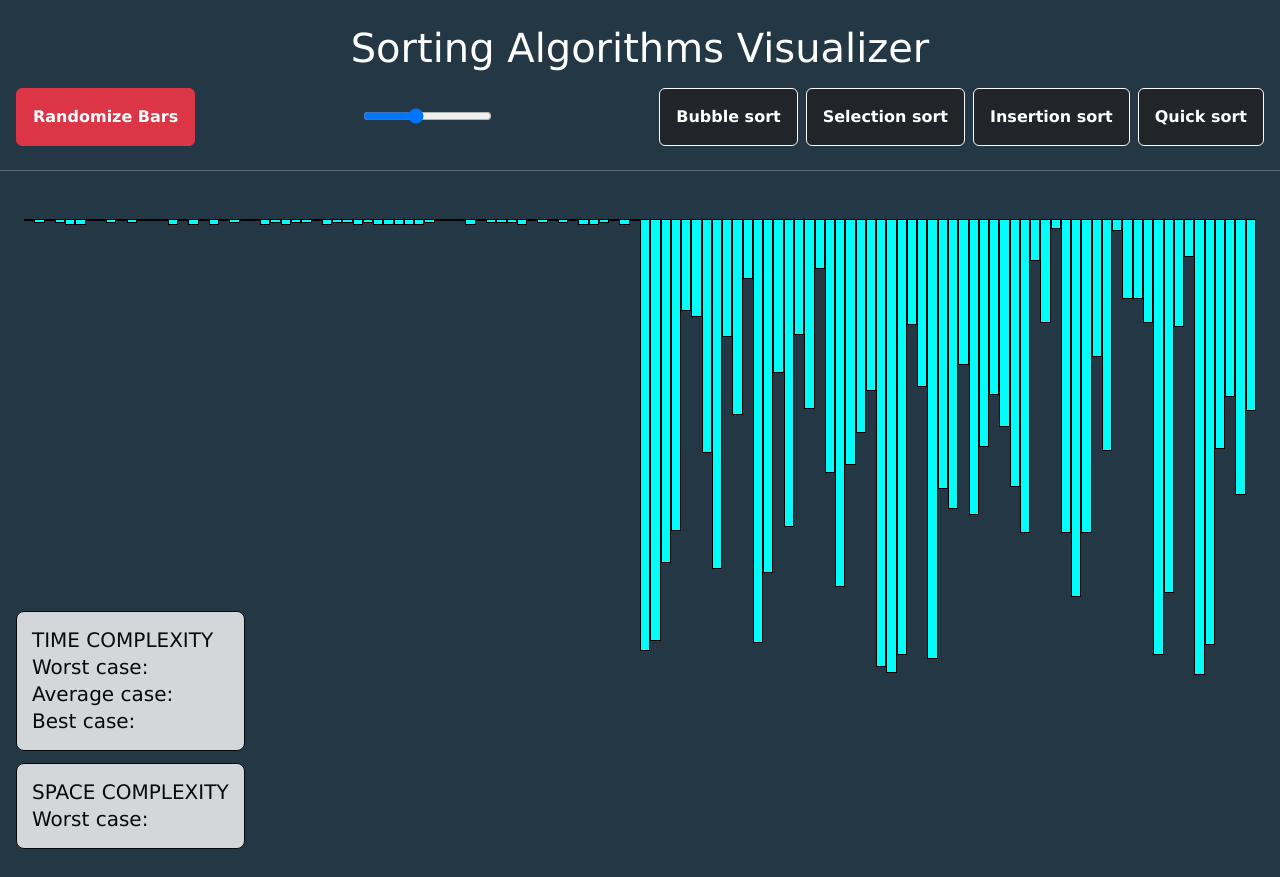
Repository: Vasil1001/Sorting-Algorithms-Visualizer-js
Page: views/index.html
These files come from the project's save history. The page is drawn as it stood at one moment and after a run of saves; the edit follows.
The browser window is 1280 px wide. The pictures show the whole page.

Above is the page before, as saved 2022-11-06 15:32:15.

### views/index.html
<!doctype html>
<html lang="en">

<head>
  <meta charset="utf-8">
  <meta name="viewport" content="width=device-width, initial-scale=1">

  <title>Sorting Algorithms Visualizer</title>

  <!-- Import css & bootstrap-->
  <link href="https://cdn.jsdelivr.net/npm/bootstrap@5.2.2/dist/css/bootstrap.min.css" rel="stylesheet"
    integrity="sha384-Zenh87qX5JnK2Jl0vWa8Ck2rdkQ2Bzep5IDxbcnCeuOxjzrPF/et3URy9Bv1WTRi" crossorigin="anonymous">
  <link rel="stylesheet" href="/css/base.css">

</head>

<body>

  <h1 align="center" class="mt-4">Sorting Algorithms Visualizer</h1>

  <nav class="navbar navbar-expand-lg">

    <div class="container-fluid">
      <button type="button" class="btn btn-danger mx-1 p-3 " id="new_array" style="color: white;"><b>Randomize Bars </b>
      </button>

      <span>
        <!-- no of bars -->
        <input id="arr_sz" type="range" min=20 max=120 step=1 value=60>
      </span>

      <ul class="navbar-nav">
        <li class="nav-item">
          <button type="button" class="btn btn-dark border-light mx-1 p-3 " id="bubble_sort"
            style="color: white;"><b>Bubble sort</b> </button>
        </li>
        <li class="nav-item">
          <button type="button" class="btn btn-dark border-light mx-1 p-3 " id="selection_sort"
            style="color: rgb(255, 255, 255);">
            <b>Selection sort</b></button>
        </li>
        <li class="nav-item">
          <button type="button" class="btn btn-dark border-light mx-1 p-3 " id="insertion_sort" style="color: white;">
            <b>Insertion sort</b></button>
        </li>
        <li class="nav-item">
          <button type="button" class="btn btn-dark border-light mx-1 p-3 " id="quick_sort" style="color: white;">
            <b>Quick sort</b></button>
        </li>

      </ul>
    </div>
  </nav>

  <hr style="color: white;">

  <h3 align="center" class="mt-4" id="algorithm_running">
    </h1>

    <div id="bars" class="bars flex-container p-4"></div>

    <div id="boxes">

      <div id="leftbox">
        <div id="box1">
          <h5>TIME COMPLEXITY</h5>
          <div>
            <h5>Worst case: </h5>
            <h5 id="worst_time"></h5>
          </div>
          <div>
            <h5>Average case: </h5>
            <h5 id="average_time"></h5>
          </div>
          <div>
            <h5>Best case: </h5>
            <h5 id="best_time"></h5>
          </div>

        </div>

        <div id="box2">

          <h5>SPACE COMPLEXITY</h5>
          <div>
            <h5>Worst case:</h5>
            <h5 id="space_complexity"></h5>
          </div>
        </div>
      </div>

    </div>


    <!-- Import css & bootstrap-->
    <script src="https://cdn.jsdelivr.net/npm/bootstrap@5.2.2/dist/js/bootstrap.bundle.min.js"
      integrity="sha384-OERcA2EqjJCMA+/3y+gxIOqMEjwtxJY7qPCqsdltbNJuaOe923+mo//f6V8Qbsw3"
      crossorigin="anonymous"></script>

    <script src="/sort_algos_js_files/index.js"></script>

    <script src="/sort_algos_js_files/bubble.js"></script>
    <script src="/sort_algos_js_files/selection.js"></script>
    <script src="/sort_algos_js_files/insertion.js"></script>
    <script src="/sort_algos_js_files/quicksort.js"></script>


</body>

</html>

### css/base.css
body {
    background-color: rgb(35, 55, 68);
    color:white;
    font-size: 18px;
    font-family: 'Lucida Sans', 'Lucida Sans Regular', 'Lucida Grande', 'Lucida Sans Unicode', Geneva, Verdana, sans-serif;
}

.flex-container{
    margin-top: 1px;
    display: flex;
    flex-wrap: nowrap;
    justify-content: center;
    transition: 1.5s all ease;
    width: 100%;
    height: 400px;

}

/* STYLING FOR THE BARS */
.flex-item{
    background: rgb(0, 255, 251);
    border: 1pt solid black;
    width: 12px;
    transition: 0.1s all ease;
}

#leftbox {
    float:left;
    color: black;
    padding: 16px;
}

#box1, #box2 {
    background:white;
    opacity: 0.8;
    border: 1pt solid black;
    border-radius: 8px;
    padding: 15px;
    margin-bottom: 12px;
}

h5 {
    display: inline;
}

### sort_algos_js_files/index.js
let random_array_100 = [];

// Create a bar array according to the slider value
var arr_size = document.querySelector("#arr_sz"); //select bars slider
var no_of_bars = arr_size.value;
arr_size.addEventListener("input",function(){
    createBarArray(parseInt(no_of_bars));
});

createBarArray(no_of_bars);

function createBarArray(no_of_bars = 60) {
    // replace array
    deletePreviousArray();

    // Array to store randomly generated numbers
    random_array_100 = [];
    var singleBar = 0;

    // get a random number and add it to the array until there are 100 in array
    for (singleBar = 0; singleBar < no_of_bars; singleBar++) {
        random_array_100.push(Math.round(Math.random() * 3.5));
    }
    for (let i = 0; i < no_of_bars; i++) {
        random_array_100.push(Math.floor(Math.random() * 250) + 1);
    }

    // print 100 random numbers of the array
    console.log(random_array_100);

    // select the div #bars element
    const bars = document.querySelector("#bars");
    // make bars with height from random array numbers
    for (let i = 0; i < random_array_100.length; i++) {
        // create div bar for each number in the array
        const bar = document.createElement("div");
        bar.style.height = `${random_array_100[i] * 2}px`;
        bar.classList.add('bar');
        bar.classList.add('flex-item');
        bar.classList.add(`barNo${i}`);
        bars.appendChild(bar);
    }
}

function deletePreviousArray() {
    const bar = document.querySelector("#bars");
    bar.innerHTML = '';
}

document.getElementById("new_array").addEventListener("click", function () {
    createBarArray(no_of_bars);
});

function swap(element1, element2) {
    //https://www.geeksforgeeks.org/bubble-sort/
    let temp = element1.style.height;
    element1.style.height = element2.style.height;
    element2.style.height = temp;
}

// disable all the buttons or if button is pressed again algo will bug out
function disableButtonsOnSortRun() {
    document.getElementById("new_array").disabled = true;

    document.getElementById("bubble_sort").disabled = true;
    document.getElementById("selection_sort").disabled = true;
    document.getElementById("insertion_sort").disabled = true;
    document.getElementById("quick_sort").disabled = true;
}

function enableButtonsAfterSortRun() {
    document.getElementById("new_array").disabled = false;

    document.getElementById("bubble_sort").disabled = false;
    document.getElementById("selection_sort").disabled = false;
    document.getElementById("insertion_sort").disabled = false;
    document.getElementById("quick_sort").disabled = false;
}

### sort_algos_js_files/bubble.js
async function bubbleSort() {

    // Algo name
    document.getElementById("algorithm_running").innerText = "Bubble Sort";

    //Setting Time complexities
    document.getElementById("worst_time").innerText = "O(N^2)";
    document.getElementById("average_time").innerText = "Θ(N^2)";
    document.getElementById("best_time").innerText = "Ω(N)";

    //Setting Space complexity
    document.getElementById("space_complexity").innerText = "O(1)";

    console.log('bubble sort clicked');
    // get the bars from index
    const barsArray = document.querySelectorAll(".bar");

    for (let i = 0; i < barsArray.length - 1; i++) {
        console.log("In first i loop");

        for (j = 0; j < barsArray.length - i - 1; j++) {
            console.log("In j loop");
            barsArray[j].style.background = 'blue';
            barsArray[j + 1].style.background = 'blue';

            if (parseInt(barsArray[j].style.height) > parseInt(barsArray[j + 1].style.height)) {
                console.log("If barsArray 1 > barsArray 2 swap them");
                await new Promise(r => setTimeout(r, 50));
                swap(barsArray[j], barsArray[j + 1]);
            }
            barsArray[j].style.background = 'cyan';
            barsArray[j + 1].style.background = 'cyan';
        }
        barsArray[barsArray.length - 1 - i].style.background = 'pink';
    }
    barsArray[0].style.background = 'pink';
}


document.getElementById("bubble_sort").addEventListener("click", async function () {
    disableButtonsOnSortRun();
    await bubbleSort();
    enableButtonsAfterSortRun();

});

### sort_algos_js_files/selection.js
async function selectionSort() {

    // Algo name
    document.getElementById("algorithm_running").innerText = "Selection Sort";

    //Setting Time complexities
    document.getElementById("worst_time").innerText = "O(N^2)";
    document.getElementById("average_time").innerText = "Θ(N^2)";
    document.getElementById("best_time").innerText = "Ω(N^2)";

    //Setting Space complexity
    document.getElementById("space_complexity").innerText = "O(1)";

    console.log('bubble sort clicked');
    // get the bars from index
    const barsArray = document.querySelectorAll(".bar");

    // One by one move boundary of unsorted subarray
    for (let i = 0; i < barsArray.length; i++) {
        console.log("In first i loop");
        // Find the minimum barsArray in unsorted array
        let min_idx = i;
        //mark the smallest height in blue bar
        barsArray[i].style.background = 'blue';

        for (let j = i + 1; j < barsArray.length; j++) {
            console.log("In j loop");
            // Change color for the current comparision (in consideration for min_index)
            barsArray[j].style.background = 'red';

            await new Promise(r => setTimeout(r, 50));
            if (parseInt(barsArray[j].style.height) < parseInt(barsArray[min_idx].style.height)) {
                console.log("If barsArray 1 < current smallest barsArray change current smalest");
                if (min_idx !== i) {
                    //  there is a new minimum so change last to normal cyan
                    barsArray[min_idx].style.background = 'cyan';
                }
                min_idx = j;
            }
            else {
                barsArray[j].style.background = 'cyan';
            }
        }
        await new Promise(r => setTimeout(r, 50));
        swap(barsArray[min_idx], barsArray[i]);

        // color mid index blue after reset as it has been swapped
        barsArray[min_idx].style.background = 'cyan';

        // change the sorted bar color to green
        barsArray[i].style.background = 'green';
    }
}


document.getElementById("selection_sort").addEventListener("click", async function () {
    disableButtonsOnSortRun();
    await selectionSort();
    enableButtonsAfterSortRun();

});

### sort_algos_js_files/insertion.js
async function insertionSort() {

    // Algo name
    document.getElementById("algorithm_running").innerText = "Insertion Sort";

    //Setting Time complexities
    document.getElementById("worst_time").innerText = "O(N^2)";
    document.getElementById("average_time").innerText = "Θ(N^2)";
    document.getElementById("best_time").innerText = "Ω(N)";

    //Setting Space complexity
    document.getElementById("space_complexity").innerText = "O(1)";

    console.log('insertion sort clicked');

    // get the bars from index
    const barsArray = document.querySelectorAll(".bar");
    barsArray[0].style.background = 'green';

    for (let i = 1; i < barsArray.length; i++) {
        console.log("In first i loop");

        let key = barsArray[i].style.height;
        let j = i - 1;

        barsArray[i].style.background = 'blue';

        await new Promise(r => setTimeout(r, 50));

        while (j >= 0 && (parseInt(barsArray[j].style.height) > parseInt(key))) {
            console.log("In j loop");
            barsArray[j].style.background = 'blue';
            barsArray[j + 1].style.height = barsArray[j].style.height;
            j--;

            await new Promise(r => setTimeout(r, 50));

            // color sorted side
            for (let k = i; k >= 0; k--) {
                barsArray[k].style.background = 'yellow';
            }
        }
        barsArray[j + 1].style.height = key;
        barsArray[i].style.background = 'yellow';

    }
}


document.getElementById("insertion_sort").addEventListener("click", async function () {
    disableButtonsOnSortRun();
    await insertionSort();
    enableButtonsAfterSortRun();

});

### sort_algos_js_files/quicksort.js
async function partition(barsArray, low, high) {
    let i = (low - 1);

    barsArray[high].style.background = 'red';

    for (let j = low; j <= high - 1; j++) {
        barsArray[j].style.background = 'yellow';

        await new Promise(r => setTimeout(r, 50));

        if (parseInt(barsArray[j].style.height) < parseInt(barsArray[high].style.height)) {
            i++;
            swap(barsArray[i], barsArray[j]);

            barsArray[i].style.background = 'orange';
            await new Promise(r => setTimeout(r, 50));
        } else {
            // color if not less than pivot
            barsArray[j].style.background = 'blue';
        }
    }
    i++;
    await new Promise(r => setTimeout(r, 50));
    swap(barsArray[i], barsArray[high])

    barsArray[high].style.background = 'blue';
    barsArray[low].style.background = 'green';

    await new Promise(r => setTimeout(r, 50));

    // color
    for (let k = 0; k < barsArray.length; k++) {
        if (barsArray[k].style.background != 'green')
            barsArray[k].style.background = 'green';
    }
    return i;
}

async function quickSort(barsArray, low, high) {
    // Algo name
    document.getElementById("algorithm_running").innerText = "Quick Sort";

    //Setting Time complexities
    document.getElementById("worst_time").innerText = "O(N^2)";
    document.getElementById("average_time").innerText = "Θ(N log N)";
    document.getElementById("best_time").innerText = "Ω(N log N)";

    //Setting Space complexity
    document.getElementById("space_complexity").innerText = "O(log N)";


    if (low < high) {
        let pivot_index = await partition(barsArray, low, high);
        await quickSort(barsArray, low, pivot_index - 1);
        await quickSort(barsArray, pivot_index + 1, high);
    } else {
        if (low >= 0 && high >= 0 && low < barsArray.length && high < barsArray.length) {
            barsArray[high].style.background = 'green';
            barsArray[low].style.background = 'green';
        }
    }
}

document.getElementById("quick_sort").addEventListener("click", async function () {
    let barsArray = document.querySelectorAll('.bar');
    let low = 0;
    let high = barsArray.length - 1;

    disableButtonsOnSortRun();
    await quickSort(barsArray, low, high);
    enableButtonsAfterSortRun();
});

After the next 2 saves:
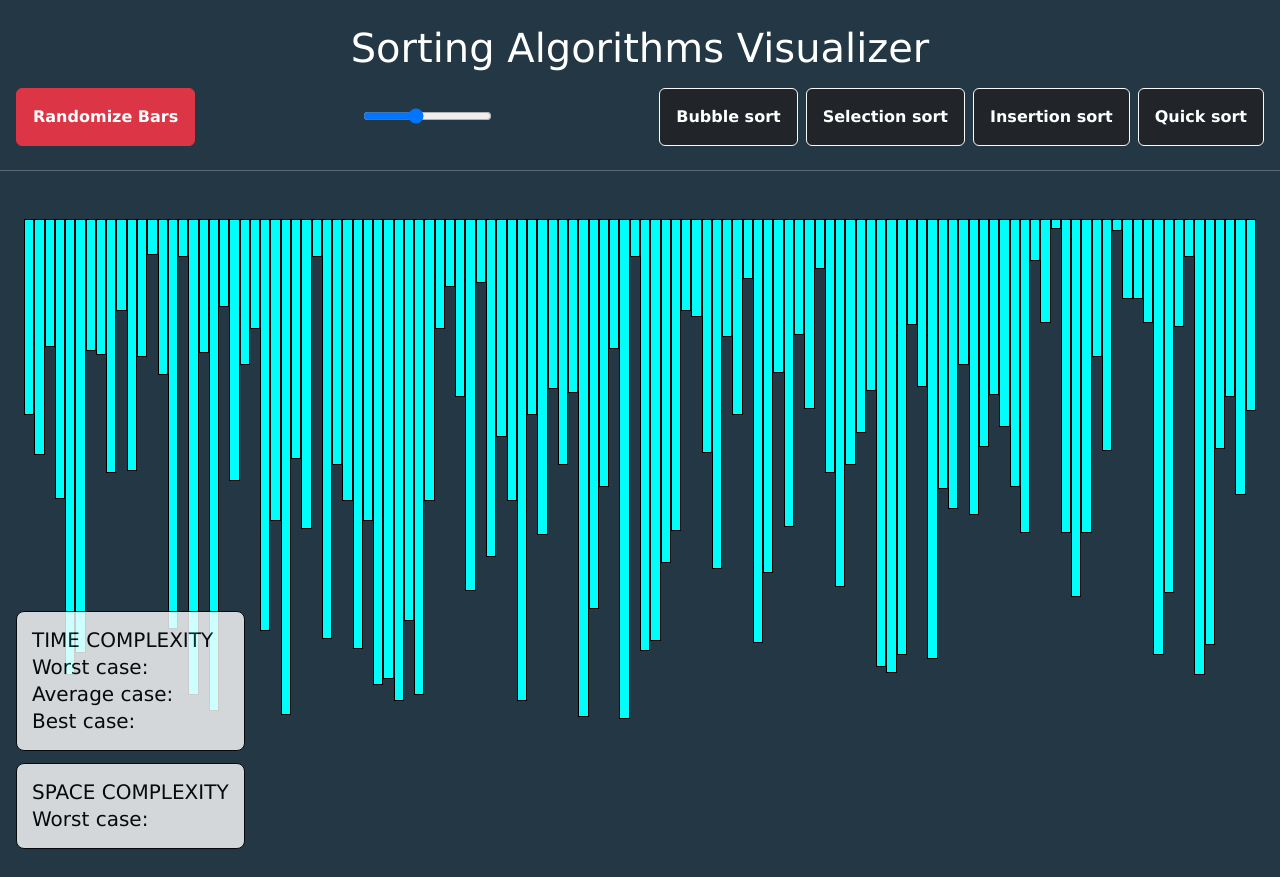
The 2 saves are shown as one change because they came seconds apart.
The last was saved 14 s later.
--- a/sort_algos_js_files/index.js
+++ b/sort_algos_js_files/index.js
@@ -19,7 +19,7 @@ function createBarArray(no_of_bars = 60) {
 
     // get a random number and add it to the array until there are 100 in array
     for (singleBar = 0; singleBar < no_of_bars; singleBar++) {
-        random_array_100.push(Math.round(Math.random() * 3.5));
+        random_array_100.push(Math.round(Math.random() * 250) + 1);
     }
     for (let i = 0; i < no_of_bars; i++) {
         random_array_100.push(Math.floor(Math.random() * 250) + 1);
